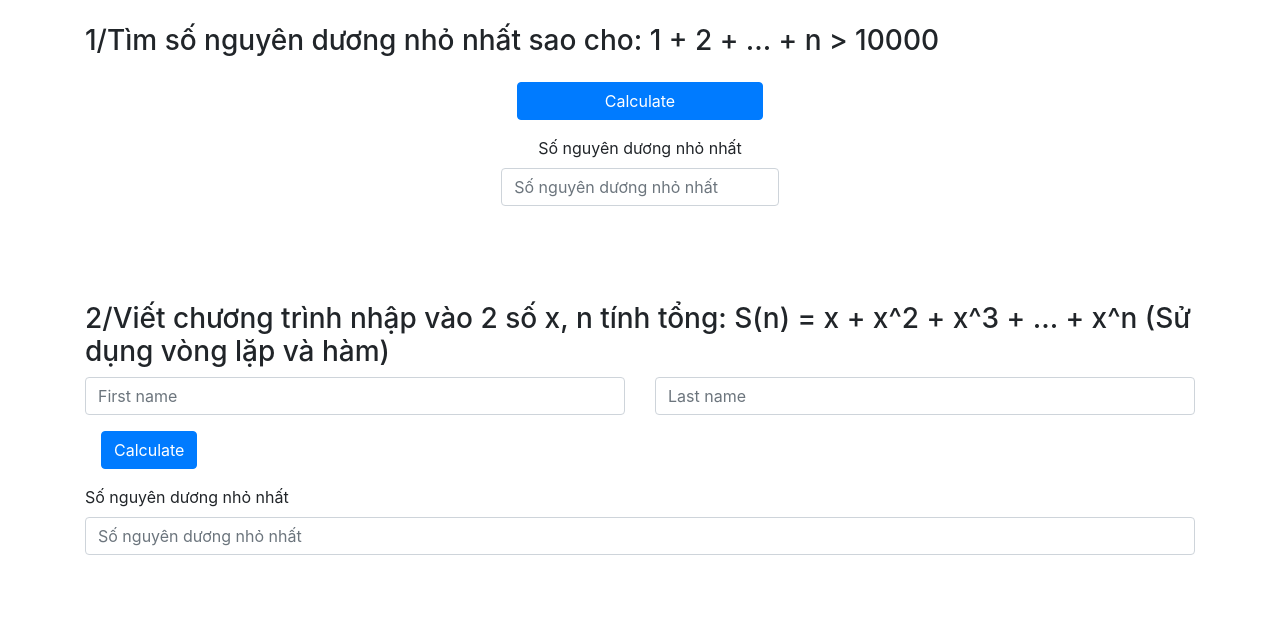
Repository: baobaodeveloper/bootcamp21__loop__HuynhAnhBao
Page: index.html
These files come from the project's save history. The page is drawn as it stood at one moment and after the next save; the edit follows.
The browser window is 1280 px wide. The pictures show the whole page.

Above is the page before, as saved 2022-03-16 23:09:04.

### index.html
<!DOCTYPE html>
<html lang="en">
  <head>
    <title>Exercise Js</title>
    <!-- Required meta tags -->
    <meta charset="utf-8" />
    <meta
      name="viewport"
      content="width=device-width, initial-scale=1, shrink-to-fit=no"
    />

    <!-- Bootstrap CSS -->
    <link
      rel="stylesheet"
      href="https://stackpath.bootstrapcdn.com/bootstrap/4.3.1/css/bootstrap.min.css"
      integrity="sha384-ggOyR0iXCbMQv3Xipma34MD+dH/1fQ784/j6cY/iJTQUOhcWr7x9JvoRxT2MZw1T"
      crossorigin="anonymous"
    />
  </head>
  <body>
    <!--1/Tìm số nguyên dương nhỏ nhất sao cho:
    1 + 2 + … + n > 10000-->
    <div class="container mt-4">
      <h3>1/Tìm số nguyên dương nhỏ nhất sao cho: 1 + 2 + … + n > 10000</h3>
      <div class="mb-3 flex-md-column d-flex w-25 m-auto text-center">
        <button type="button" id="min-number" class="btn btn-primary m-3">
          Calculate
        </button>
        <label class="form-label">Số nguyên dương nhỏ nhất</label>
        <input
          type="email"
          class="form-control"
          id="result1"
          placeholder="Số nguyên dương nhỏ nhất"
        />
      </div>
    </div>

    <!--2/Viết chương trình nhập vào 2 số x, n tính tổng: S(n) = x + x^2 + x^3 + … + x^n (Sử
    dụng vòng lặp và hàm)-->
    <div class="container mt-5 pt-5">
      <h3>
        2/Viết chương trình nhập vào 2 số x, n tính tổng: S(n) = x + x^2 + x^3 +
        … + x^n (Sử dụng vòng lặp và hàm)
      </h3>
      <div class="row">
        <div class="col">
          <input type="text" class="form-control" placeholder="First name" />
        </div>
        <div class="col">
          <input type="text" class="form-control" placeholder="Last name" />
        </div>
      </div>

      <button type="button" id="min-number" class="btn btn-primary m-3">
        Calculate
      </button>

      <div>
        <label class="form-label">Số nguyên dương nhỏ nhất</label>
        <input
          type="email"
          class="form-control"
          id="result1"
          placeholder="Số nguyên dương nhỏ nhất"
        />
      </div>
    </div>

    <!-- Optional JavaScript -->
    <!-- jQuery first, then Popper.js, then Bootstrap JS -->
    <script
      src="https://code.jquery.com/jquery-3.3.1.slim.min.js"
      integrity="sha384-q8i/X+965DzO0rT7abK41JStQIAqVgRVzpbzo5smXKp4YfRvH+8abtTE1Pi6jizo"
      crossorigin="anonymous"
    ></script>
    <script
      src="https://cdnjs.cloudflare.com/ajax/libs/popper.js/1.14.7/umd/popper.min.js"
      integrity="sha384-UO2eT0CpHqdSJQ6hJty5KVphtPhzWj9WO1clHTMGa3JDZwrnQq4sF86dIHNDz0W1"
      crossorigin="anonymous"
    ></script>
    <script
      src="https://stackpath.bootstrapcdn.com/bootstrap/4.3.1/js/bootstrap.min.js"
      integrity="sha384-JjSmVgyd0p3pXB1rRibZUAYoIIy6OrQ6VrjIEaFf/nJGzIxFDsf4x0xIM+B07jRM"
      crossorigin="anonymous"
    ></script>

    <!-- <script src="exercise1.js"></script> -->
    <script src="exercise2.js"></script>
  </body>
</html>

Loaded but not shown: exercise2.js (no stored copy; drawn as an empty file)

After the next save:
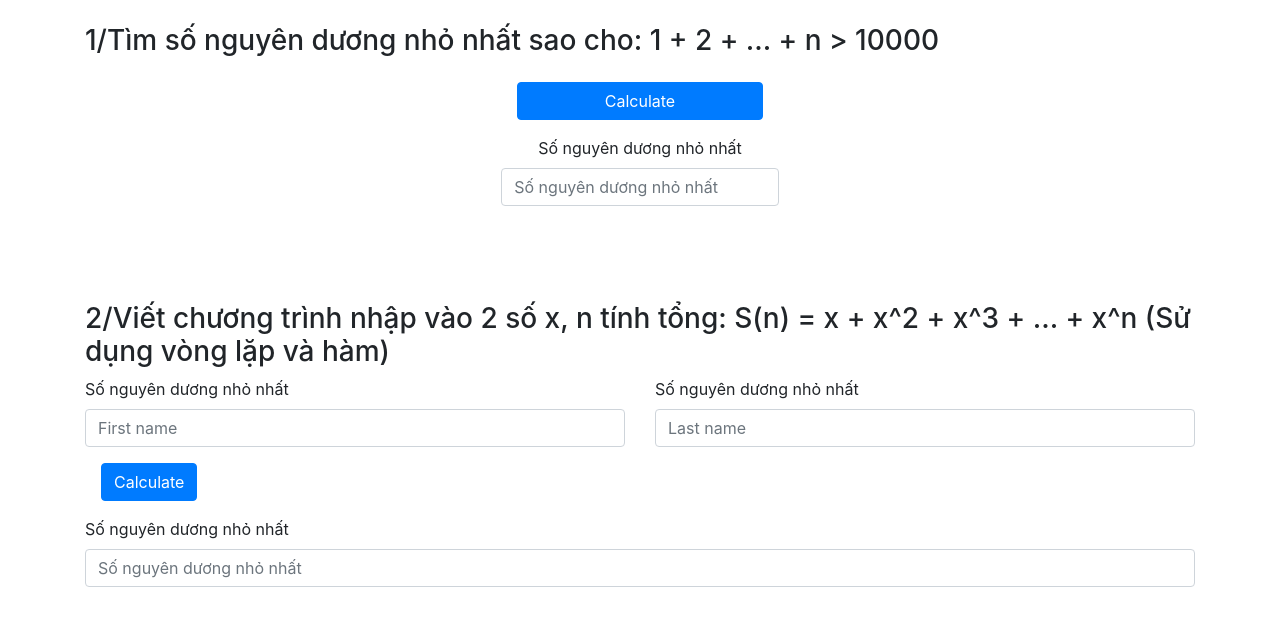
Saved 18 s later.
--- a/index.html
+++ b/index.html
@@ -45,9 +45,11 @@
       </h3>
       <div class="row">
         <div class="col">
+          <label class="form-label">Số nguyên dương nhỏ nhất</label>
           <input type="text" class="form-control" placeholder="First name" />
         </div>
         <div class="col">
+          <label class="form-label">Số nguyên dương nhỏ nhất</label>
           <input type="text" class="form-control" placeholder="Last name" />
         </div>
       </div>
